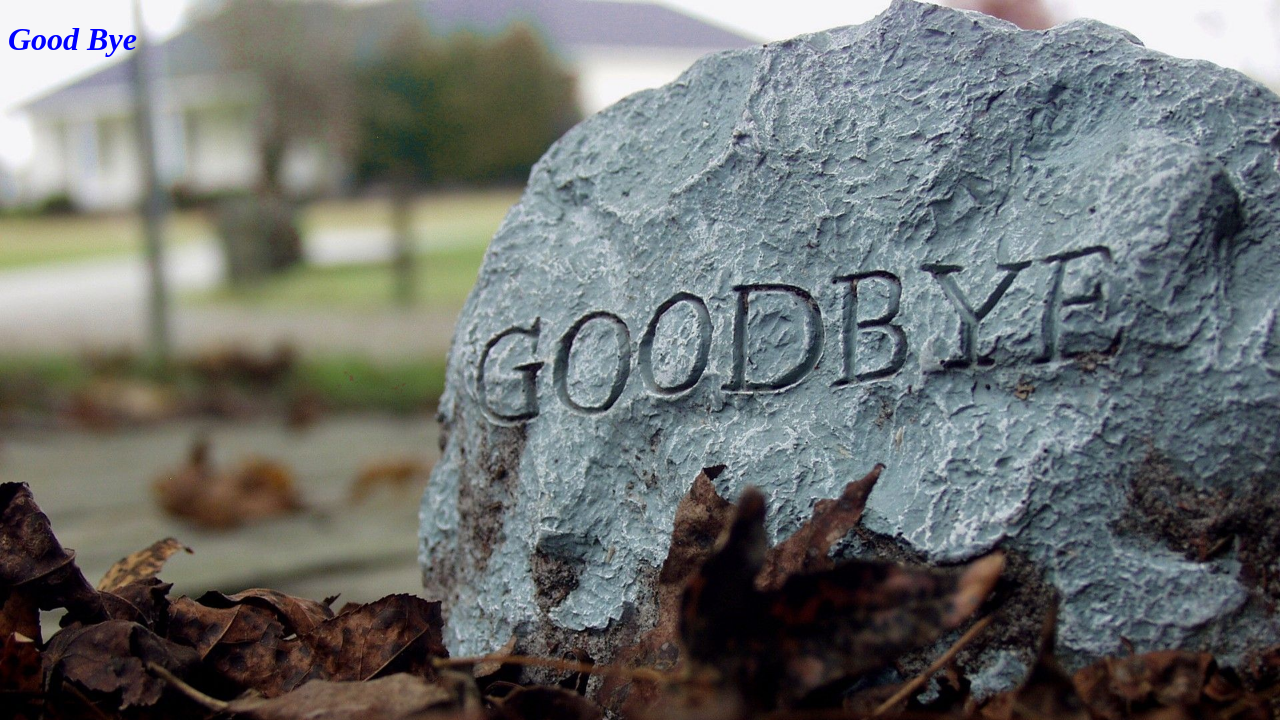
Repository: AJEET006/AdvanceJava-DSA
Page: ADVANCE_JAVA/HW_Example/WebContent/GoodBye.html
These files come from the project's save history. The page is drawn as it stood at one moment and after the next save; the edit follows.
The browser window is 1280 px wide. The page is 1288 px wide, so the pictures cover 1288 px, including what lies to the right of the window. The pictures show the whole page.

Above is the page before, as saved 2022-06-21 17:51:29.

After the next save:
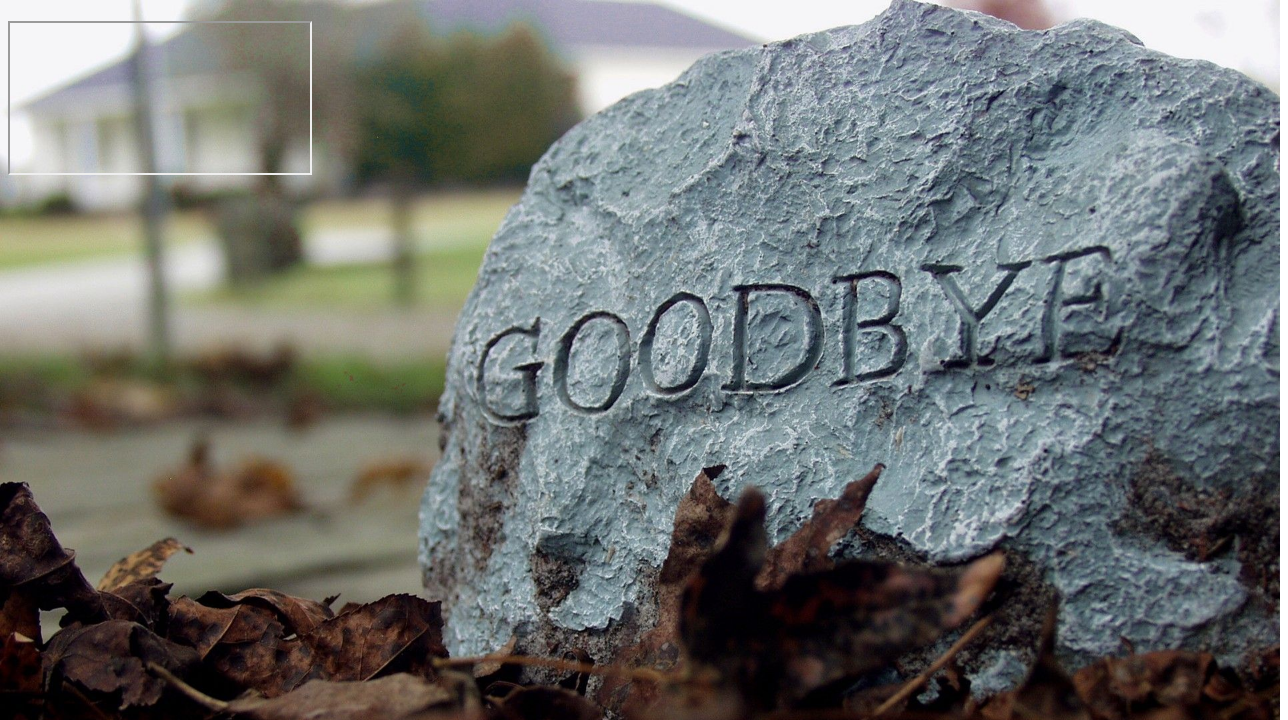
Saved 70 s later.
--- a/ADVANCE_JAVA/HW_Example/WebContent/GoodBye.html
+++ b/ADVANCE_JAVA/HW_Example/WebContent/GoodBye.html
@@ -13,7 +13,7 @@
 	<font color="blue">
 	<h1>
 
-	<strong><i><a>Good Bye</a></i></strong>
+	<strong> <iframe><i><a>Good Bye</a></i></iframe></strong>
 	</h1>
 	</font>
 

After the save that followed:
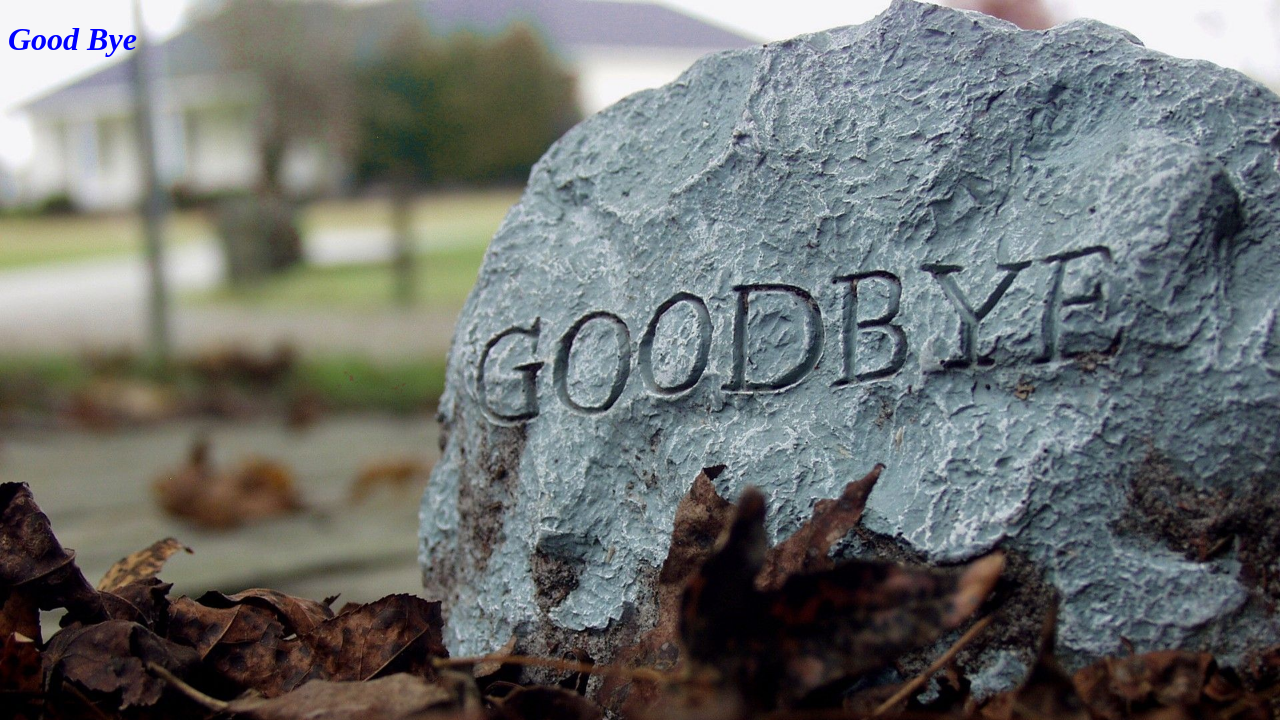
Saved 17 s later.
--- a/ADVANCE_JAVA/HW_Example/WebContent/GoodBye.html
+++ b/ADVANCE_JAVA/HW_Example/WebContent/GoodBye.html
@@ -13,7 +13,7 @@
 	<font color="blue">
 	<h1>
 
-	<strong> <iframe><i><a>Good Bye</a></i></iframe></strong>
+	<strong> <frame><i><a>Good Bye</a></i></frame></strong>
 	</h1>
 	</font>
 
